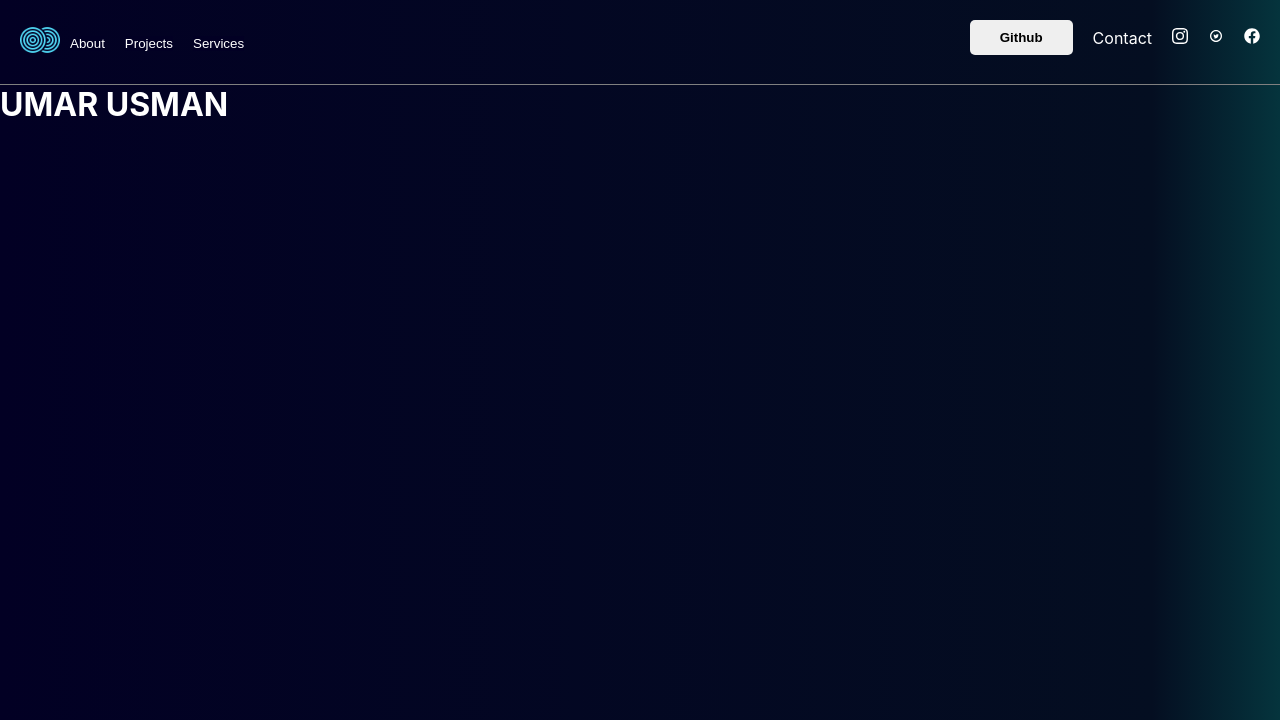
Repository: uh-sman/Portfolio
Page: /
An editor plug-in stored every save of this project. The page is shown before and after the next save, followed by the edit.
The browser window is 1280 px wide. The pictures show the whole page.
The project was rebuilt for these pictures with package versions that can differ from the ones it lists, and the page was loaded fresh each time. Also part of the build but not shown: src/components/Projects.jsx, src/components/Services.jsx.

Above is the page before, as saved 2022-11-18 20:09:34.

After the next save:
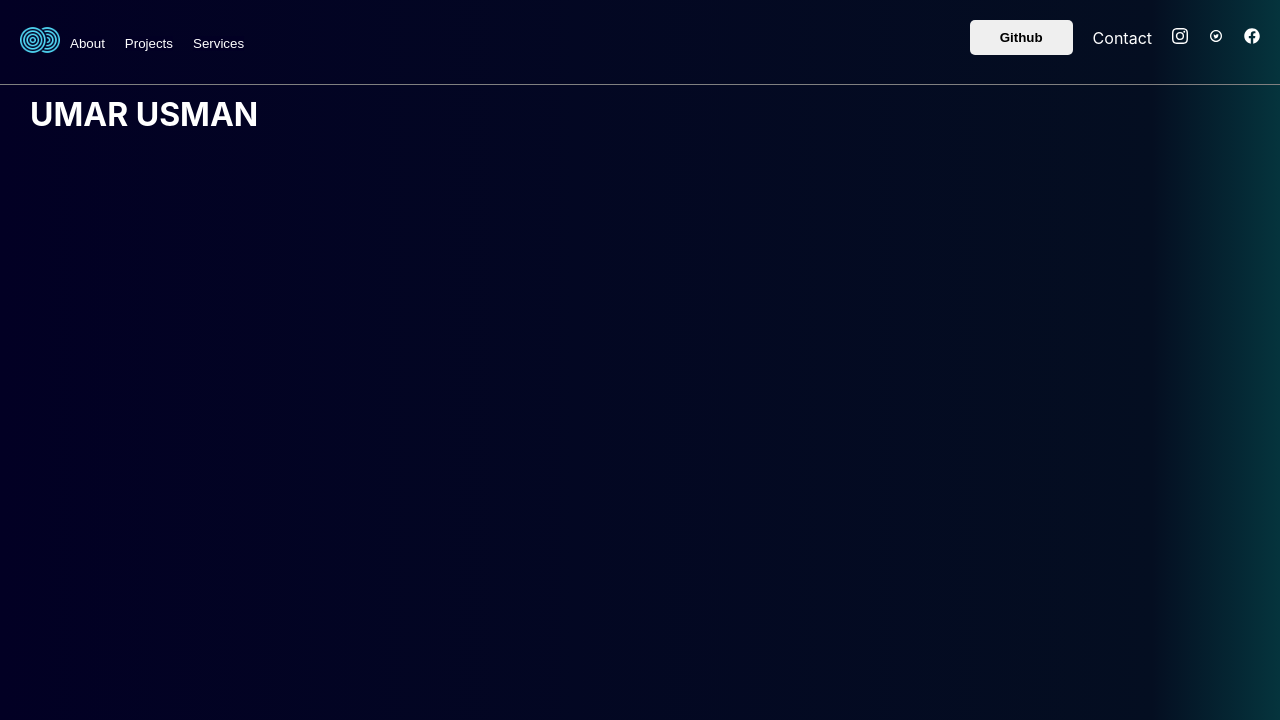
Saved 4 min 18 s later.
--- a/src/components/about.css
+++ b/src/components/about.css
@@ -1,3 +1,4 @@
 .about-section {
   color: white;
+  margin: 10px 30px;
 }
